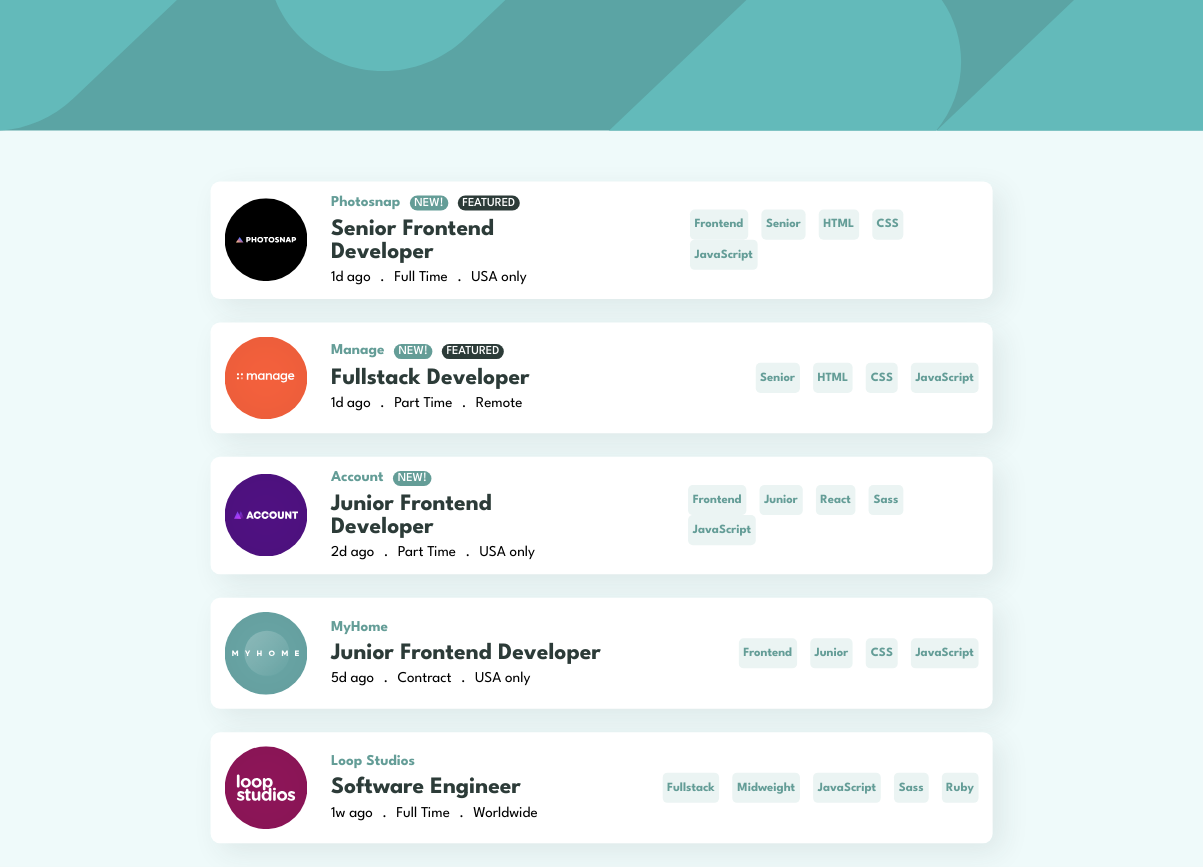
Repository: Eldream12/JobListing
Page: index.html
The author's editor kept a copy of each file at every save. The page is drawn from the files as they stood at one save, then again after a run of saves.
The browser window is 1280 px wide. The pictures show the whole page, at 94% of full size.

Above is the page before, as saved 2025-03-31 22:09:40.

### index.html
<!DOCTYPE html>
<html lang="en">
	<head>
		<meta charset="UTF-8" />
		<meta name="viewport" content="width=device-width, initial-scale=1.0" />
		<title>Job Listing</title>
		<link rel="stylesheet" href="style/style.css" />
	</head>

	<body>
		<header>
			<div>
				<img src="Images/bg-header-desktop.svg" alt="NavHeader" />
			</div>
		</header>

		<main>
			<div class="content-carrier">
				<div class="content">
					<div class="ctn">
						<img src="Images/photosnap.svg" alt="photosnap" />
						<div class="content-text">
							<div class="txt-1">
								<h4>Photosnap</h4>
								<div class="btn-1">
									<button>NEW!</button>
								</div>
								<div class="btn-2">
									<button>FEATURED</button>
								</div>
							</div>
							<div class="txt-2">
								<h2>Senior Frontend Developer</h2>
							</div>
							<div class="txt-3">
								<p>1d ago</p>
								<p>.</p>
								<p>Full Time</p>
								<p>.</p>
								<p>USA only</p>
							</div>
						</div>
					</div>

					<div class="btn">
						<button>Frontend</button>
						<button>Senior</button>
						<button>HTML</button>
						<button>CSS</button>
						<button>JavaScript</button>
					</div>
				</div>

				<div class="content">
					<div class="ctn">
						<img src="Images/manage.svg" alt="photosnap" />
						<div class="content-text">
							<div class="txt-1">
								<h4>Manage</h4>
								<div class="btn-1">
									<button>NEW!</button>
								</div>
								<div class="btn-2">
									<button>FEATURED</button>
								</div>
							</div>
							<div class="txt-2">
								<h2>Fullstack Developer</h2>
							</div>
							<div class="txt-3">
								<p>1d ago</p>
								<p>.</p>
								<p>Part Time</p>
								<p>.</p>
								<p>Remote</p>
							</div>
						</div>
					</div>

					<div class="btn">
						<!-- <button>Frontend</button> -->
						<button>Senior</button>
						<button>HTML</button>
						<button>CSS</button>
						<button>JavaScript</button>
					</div>
				</div>

				<div class="content">
					<div class="ctn">
						<img src="Images/account.svg" alt="photosnap" />
						<div class="content-text">
							<div class="txt-1">
								<h4>Account</h4>
								<div class="btn-1">
									<button>NEW!</button>
								</div>
								<div class="btn-2">
									<!-- <button>FEATURED</button> -->
								</div>
							</div>
							<div class="txt-2">
								<h2>Junior Frontend Developer</h2>
							</div>
							<div class="txt-3">
								<p>2d ago</p>
								<p>.</p>
								<p>Part Time</p>
								<p>.</p>
								<p>USA only</p>
							</div>
						</div>
					</div>

					<div class="btn">
						<button>Frontend</button>
						<button>Junior</button>
						<button>React</button>
						<button>Sass</button>
						<button>JavaScript</button>
					</div>
				</div>

				<div class="content">
					<div class="ctn">
						<img src="Images/myhome.svg" alt="photosnap" />
						<div class="content-text">
							<div class="txt-1">
								<h4>MyHome</h4>
								<div class="btn-1">
									<!-- <button>NEW!</button> -->
								</div>
								<div class="btn-2">
									<!-- <button>FEATURED</button> -->
								</div>
							</div>
							<div class="txt-2">
								<h2>Junior Frontend Developer</h2>
							</div>
							<div class="txt-3">
								<p>5d ago</p>
								<p>.</p>
								<p>Contract</p>
								<p>.</p>
								<p>USA only</p>
							</div>
						</div>
					</div>

					<div class="btn">
						<button>Frontend</button>
						<button>Junior</button>
						<!-- <button>React</button> -->
						<button>CSS</button>
						<button>JavaScript</button>
					</div>
				</div>

				<div class="content">
					<div class="ctn">
						<img src="Images/loop-studios.svg" alt="photosnap" />
						<div class="content-text">
							<div class="txt-1">
								<h4>Loop Studios</h4>
								<div class="btn-1">
									<!-- <button>NEW!</button> -->
								</div>
								<div class="btn-2">
									<!-- <button>FEATURED</button> -->
								</div>
							</div>
							<div class="txt-2">
								<h2>Software Engineer</h2>
							</div>
							<div class="txt-3">
								<p>1w ago</p>
								<p>.</p>
								<p>Full Time</p>
								<p>.</p>
								<p>Worldwide</p>
							</div>
						</div>
					</div>

					<div class="btn">
						<button>Fullstack</button>
						<button>Midweight</button>
						<button>JavaScript</button>
						<button>Sass</button>
						<button>Ruby</button>
					</div>
				</div>
			</div>
		</main>
		<footer></footer>
	</body>
</html>

### style/style.css
@import url("https://fonts.googleapis.com/css2?family=League+Spartan:wght@100..900&display=swap");

* {
	font-family: League Spartan;
	margin: 0;
	padding: 0;
	box-sizing: border-box;
}

html body {
	background-color: hsl(180, 52%, 96%);
}

header img {
	width: 100%;
	background-color: hsl(180, 29%, 50%);
	margin-bottom: 50px;
}

.content-carrier .content {
	display: flex;
	background-color: #ffffff;
	align-items: center;
	justify-content: space-between;
	max-width: 65%;
	margin: auto;
	padding: 15px 15px 15px 15px;
	gap: 90px;
	border-radius: 10px;
	box-shadow: #2c3b3817 10px 10px 30px;
	margin-bottom: 25px;
}

.content-carrier .content .txt-1 {
	display: flex;
}

.content-carrier .content .txt-3 {
	display: flex;
}

.content-carrier .content .ctn {
	display: flex;
	align-items: center;
}

.content .ctn img {
	margin-right: 25px;
}

.content .btn button {
	background-color: #ebf4f3;
	border: none;
	padding: 10px 5px 10px 5px;
	border-radius: 5px;
	color: #649d97;
	font-weight: 700;
	margin-left: 10px;
}

.content .txt-1 h4 {
	color: #649d97;
}

.content .txt-1 .btn-1 button {
	background-color: #649d97;
}

.content .txt-1 .btn-2 button {
	background-color: #2c3b38;
}

.content .txt-1 button {
	font-size: 13px;
	font-weight: 500;
	color: #ffffff;
	border: none;
	padding: 2px 5px 2px 5px;
	border-radius: 10px;
	margin-left: 10px;
}

.content .txt-2 h2 {
	margin: 8px 0 8px 0;
	font-size: 25px;
	color: #2c3b38;
}

.content .txt-3 p {
	margin-right: 10px;
}

After the next 2 saves:
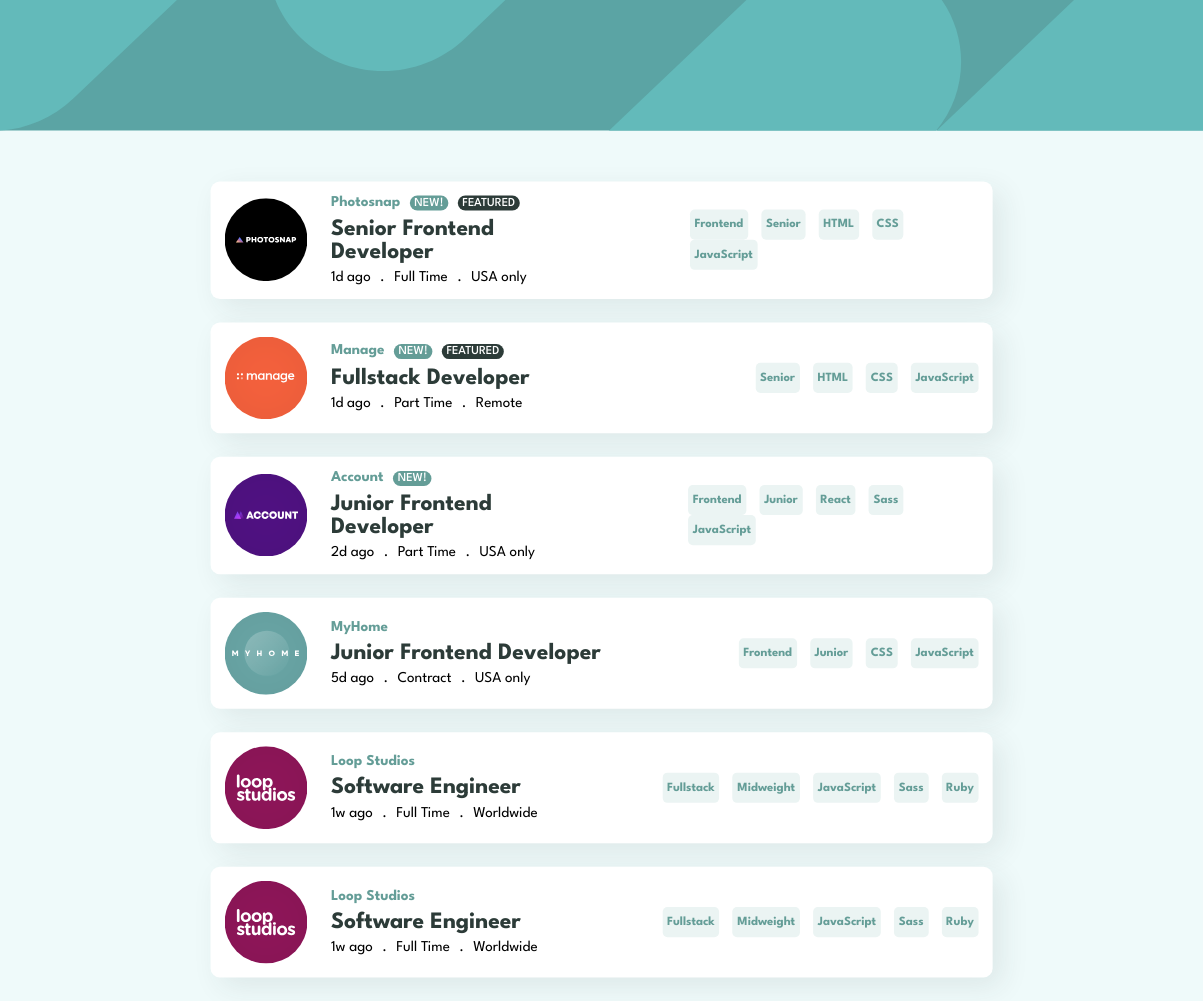
The 2 saves are shown as one change because they came seconds apart.
The last was saved 25 s later.
--- a/index.html
+++ b/index.html
@@ -190,6 +190,41 @@
 						<button>Ruby</button>
 					</div>
 				</div>
+
+								<div class="content">
+					<div class="ctn">
+						<img src="Images/loop-studios.svg" alt="photosnap" />
+						<div class="content-text">
+							<div class="txt-1">
+								<h4>Loop Studios</h4>
+								<div class="btn-1">
+									<!-- <button>NEW!</button> -->
+								</div>
+								<div class="btn-2">
+									<!-- <button>FEATURED</button> -->
+								</div>
+							</div>
+							<div class="txt-2">
+								<h2>Software Engineer</h2>
+							</div>
+							<div class="txt-3">
+								<p>1w ago</p>
+								<p>.</p>
+								<p>Full Time</p>
+								<p>.</p>
+								<p>Worldwide</p>
+							</div>
+						</div>
+					</div>
+
+					<div class="btn">
+						<button>Fullstack</button>
+						<button>Midweight</button>
+						<button>JavaScript</button>
+						<button>Sass</button>
+						<button>Ruby</button>
+					</div>
+				</div>
 			</div>
 		</main>
 		<footer></footer>
